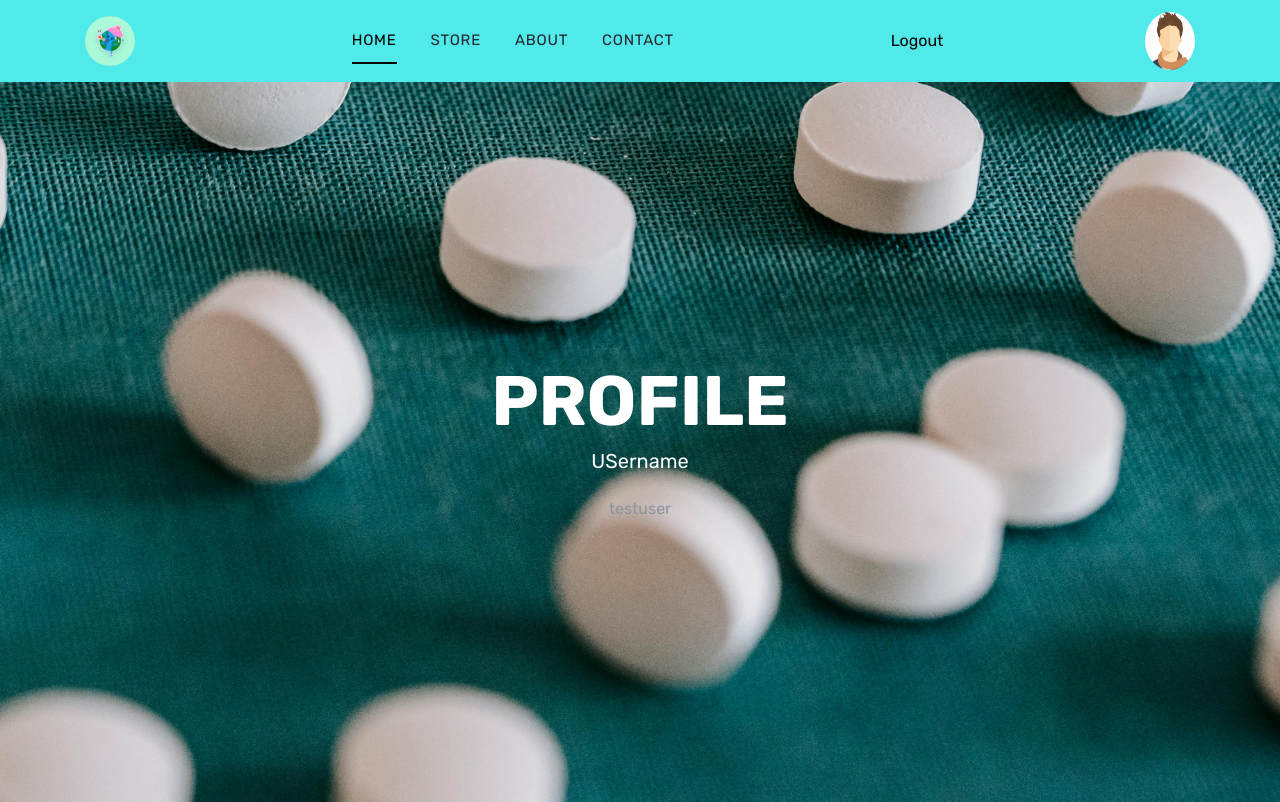
Repository: Argivist/Web-Doctor
Page: http://localhost/view/profile.php
The author's editor kept a copy of each file at every save. The page is drawn from the files as they stood at one save, then again after the next save.
The browser window is 1280 px wide. The pictures show the whole page.
Some web fonts or font styles are not loaded; a fallback is used. The page is run by PHP 8.4 with error messages shown; the project is at /var/www/html/. The session is filled in as if someone had signed in: {"id": 1, "username": "testuser", "fname": "Test User", "lname": "Test User", "email": "test@example.com", "phone": 1, "address": 1}. Other server files are loaded and not shown.

Above is the page before, as saved 2024-02-20 18:48:10.

### view/profile.php
<?php
include "../settings/connection.php";
session_start();
$userid=$_SESSION['id'];
$username=$_SESSION['username'];
?>
<!DOCTYPE html>
<html lang="en">
<head>
    <meta charset="UTF-8">
    <meta name="viewport" content="width=device-width, initial-scale=1.0">
    <title>Document</title>


    <link href="https://fonts.googleapis.com/css?family=Rubik:400,700|Crimson+Text:400,400i" rel="stylesheet">
    <link rel="stylesheet" href="fonts/icomoon/style.css">
    <link rel="stylesheet" href="../css/bootstrap.min.css">
    <link rel="stylesheet" href="../css/magnific-popup.css">
    <link rel="stylesheet" href="../css/jquery-ui.css">
    <link rel="stylesheet" href="../css/owl.carousel.min.css">
    <link rel="stylesheet" href="../css/owl.theme.default.min.css">
    <link rel="stylesheet" href="../css/style.css">
    <link rel="stylesheet" href="../css/aos.css">
</head>

<body>
    <div class="site-wrap">

        <!--Navigation Bar-->
        <div class="site-navbar bg-primary py-2">
            <div class="container">
                <div class="d-flex align-items-center justify-content-between">
                    <div class="logo">
                        <div class="site-logo">
                            <a href="home.php" class="js-logo-clone"><img src="../img/logo/logo.png"  style="width:50px; border-radius:50px;" alt="logo"/></a>
                        </div>
                    </div>
                    <div class="main-nav d-lg-block">
                        <nav class="site-navigation text-right text-md-center" role="navigation">
                            <ul class="site-menu js-clone-nav d-lg-block">
                                <li class="active"><a href="home.php">Home</a></li>
                                <li><a href="shop.php">Store</a></li>
                                <li><a href="aboutus.html">About</a></li>
                                <li><a href="contact.html">Contact</a></li>
                            </ul>
                        </nav>
                    </div>
                    <?php
                    if(isset($_SESSION['id'])){
                        echo "<div class='logout'><a href='../actions/logout.php'>Logout</a></div>";
                    }else{
                        echo "<div class='login'><a href='../login/login.php'>Sign in</a></div>";
                    }?>
                    <div class="profile">
                        <a href="
                        <?php
                        if(isset($_SESSION['id'])){
                            echo "profile.php";
                        }else{
                            echo "../login/login.php";
                        }
                        ?>
                        "><img src="
                        <?php
                            if(isset($_SESSION['id'])){
                                echo "../img/profile.jpg";
                            }else{
                                echo "../img/default_profile.jpg";
                            }
                        ?>
                        " alt="Image" class="rounded-circle" style="width:50px; border-radius:50px;"></a>
                    </div>
                </div>
            </div>
        </div>

        <!--Main Content-->
        <!--Image By: Photo by Alex Green: https://www.pexels.com/photo/pile-of-white-spilled-pills-5699514/-->
        <div class="site-blocks-cover" style="background-image: url('../img/background/pharmacy_1.jpg');">
      <div class="container">
        <div class="row">
          <div class="col-lg-7 mx-auto order-lg-2 align-self-center">
            <div class="site-block-cover-content text-center">
             <!--Profile page-->
                <h1 class="mb-0">Profile</h1>
                <div class="row justify-content-center">
                    <div class="row">
                        <div class="col"><p>USername</p><?php
                               echo $_SESSION['username'];

            ?></div>
                    </div>
                </div>
            </div>
          </div>
        </div>
      </div>
    </div>
</body>

</html>

### settings/connection.php
<?php
$server="localhost:3307";
$user="root";
$passwd="root";
$db="webdoc";

$conn=mysqli_connect($server,$user,$passwd,$db) or die("Connection failed :: ".$conn->error);
?>

Loaded but not shown: css/bootstrap.min.css (library); css/magnific-popup.css (library); css/jquery-ui.css (library); css/owl.carousel.min.css (common file); css/owl.theme.default.min.css (common file); css/aos.css (library); css/style.css (1125 lines, source omitted)

After the next save:
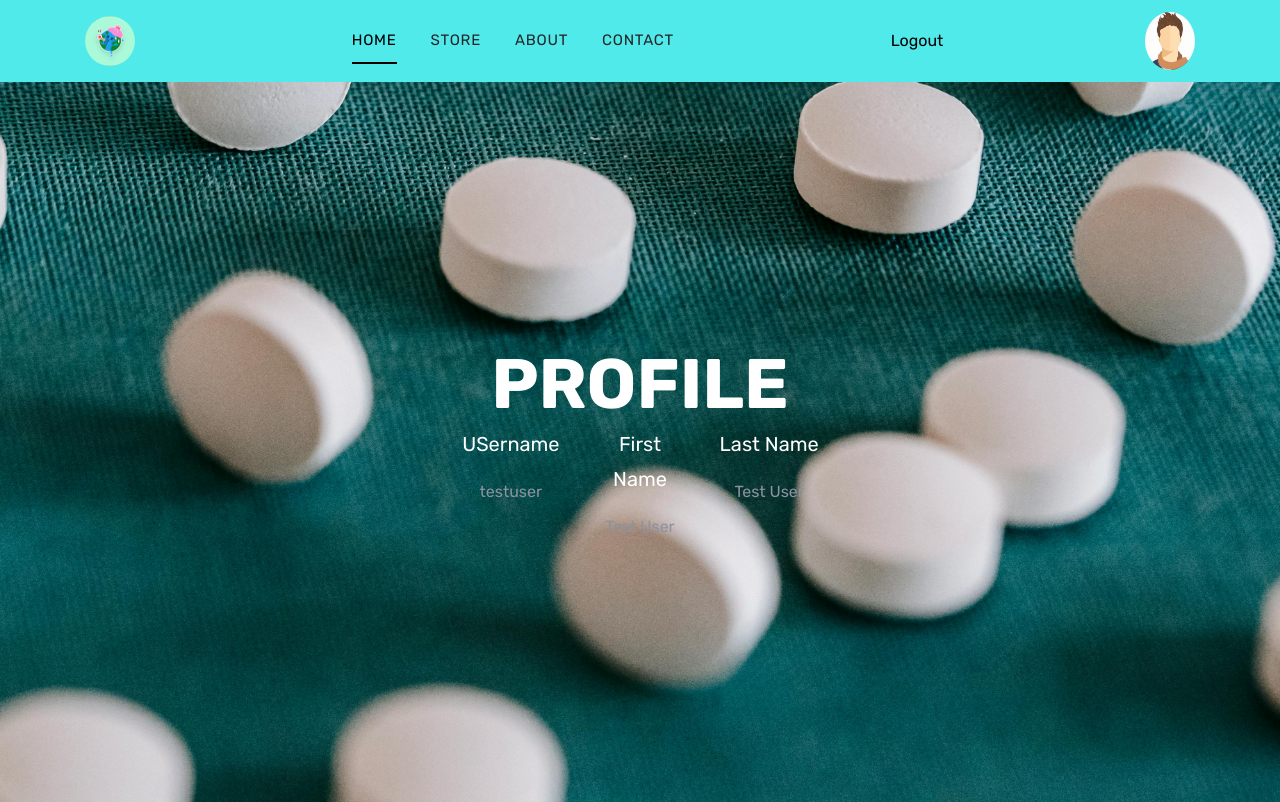
Saved 68 s later.
--- a/view/profile.php
+++ b/view/profile.php
@@ -87,7 +87,12 @@ $username=$_SESSION['username'];
                     <div class="row">
                         <div class="col"><p>USername</p><?php
                                echo $_SESSION['username'];
-
+            ?></div>
+                        <div class="col"><p>First Name</p><?php
+                               echo $_SESSION['fname'];
+            ?></div>
+                        <div class="col"><p>Last Name</p><?php
+                               echo $_SESSION['lname'];
             ?></div>
                     </div>
                 </div>
